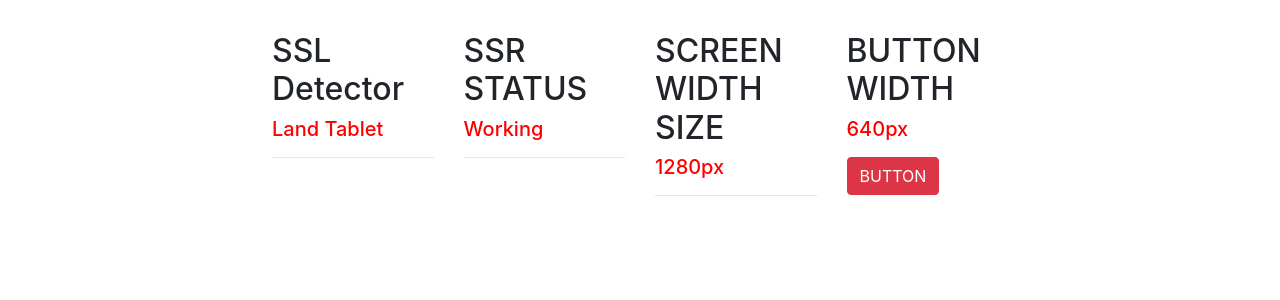
Repository: adrihle/screen-detector-nextpwa
Page: /
The author's editor kept a copy of each file at every save. The page is drawn from the files as they stood at one save, then again after the next save.
The browser window is 1280 px wide. The pictures show the whole page.
The project was rebuilt for these pictures with package versions that can differ from the ones it lists, and the page was loaded fresh each time. The framework's server and built-in components were replaced by stand-ins that run in the browser. Imported but missing from the stored project, and not drawn on this page: pages/_document.

Above is the page before, as saved 2020-12-28 15:22:33.

After the next save:
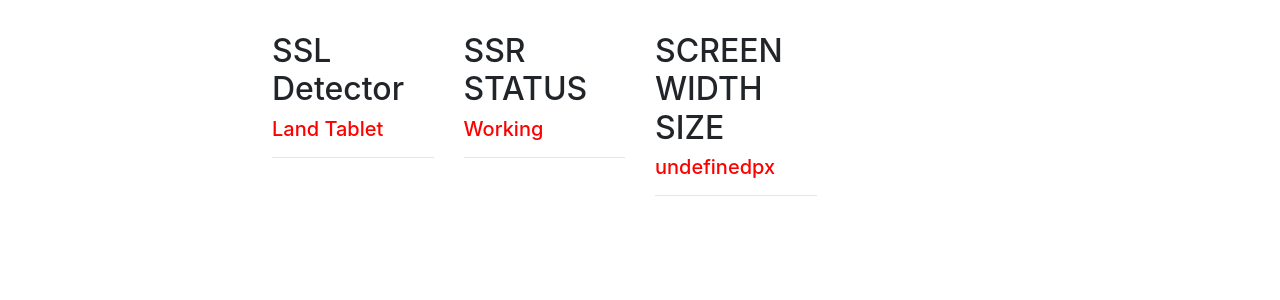
Saved 26 h 3 min later.
--- a/components/layouts/ScreenSizeLayout.tsx
+++ b/components/layouts/ScreenSizeLayout.tsx
@@ -4,10 +4,12 @@ const ScreenSizeLayout = ({ children }) => {
 
     const [size, setSize] = useState(null)
     const [screen, setScreen] = useState(null)
+    const [measures, setMeasures] = useState(null)
 
     const handleSize = () => {
         let width = window.innerWidth
         let heigh = window.innerHeight
+        setMeasures([width, heigh])
         setSize(width)
 
         if (width < 420){setScreen('Mobile')}
@@ -25,7 +27,8 @@ const ScreenSizeLayout = ({ children }) => {
 
     const childrenWithProps = Children.map(children, child => {
         return cloneElement(child, {
-            size, screen
+            measures,
+            screen
         });
       });
 
